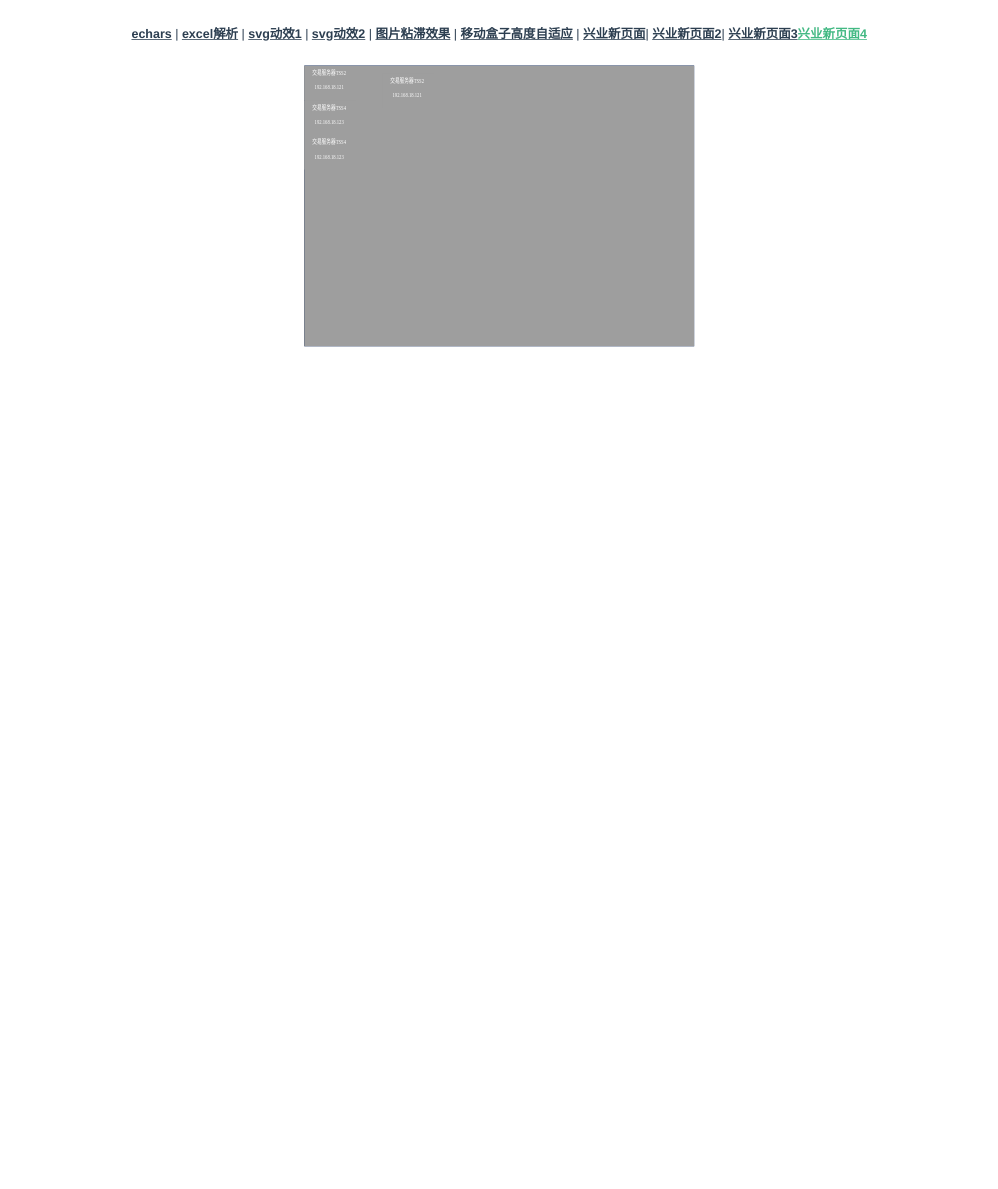
Repository: dmj199811/animation-dmj
Page: /#/work-page6
An editor plug-in stored every save of this project. The page is shown before and after the next save, followed by the edit.
The browser window is 1280 px wide. The pictures show the whole page, at 78% of full size.
Pictures or frames that could not be fetched are drawn as grey boxes. The project was rebuilt for these pictures with package versions that can differ from the ones it lists, and the page was loaded fresh each time.

Above is the page before, as saved 2020-07-02 15:12:50.

### src/App.vue
<template>
  <div id="app">
    <div id="nav"
         v-if="this.$store.state.pageShow">
      <router-link to="/">echars</router-link> |
      <router-link to="/xlsx-example">excel解析</router-link> |
      <router-link to="/svg-example1">svg动效1</router-link> |
      <router-link to="/svg-example2">svg动效2</router-link> |
      <router-link to="/work-message">图片粘滞效果</router-link> |
      <router-link to="/work-page2">移动盒子高度自适应</router-link> |
      <router-link to="/work-page3">兴业新页面</router-link>|
      <router-link to="/work-page4">兴业新页面2</router-link>|
      <router-link to="/work-page5">兴业新页面3</router-link>
      <router-link to="/work-page6">兴业新页面4</router-link>
    </div>
    <router-view />
  </div>
</template>

<style lang="less">
body {
  margin: 0;
}
#app {
  font-family: Avenir, Helvetica, Arial, sans-serif;
  -webkit-font-smoothing: antialiased;
  -moz-osx-font-smoothing: grayscale;
  text-align: center;
  color: #2c3e50;
}

#nav {
  padding: 30px;

  a {
    font-weight: bold;
    color: #2c3e50;

    &.router-link-exact-active {
      color: #42b983;
    }
  }
}
</style>

### src/router/index.js
import Vue from 'vue'
import VueRouter from 'vue-router'

Vue.use(VueRouter)

const routes = [
  {
    path: '/',
    redirect: '/circle-echarts',
  },
  {
    path: '/circle-echarts',
    name: 'ani2',
    component: () => import('../views/circle-echarts/index.vue')
  },
  {
    path: '/xlsx-example',
    name: 'xlsx1',
    component: () => import('../views/xlsx1/index.vue')
  },
  {
    path: '/svg-example1',
    name: 'svg1',
    component: () => import('../views/svg1/index.vue')
  },
  {
    path: '/svg-example2',
    name: 'svg2',
    component: () => import('../views/svg2/index.vue')
  },
  {
    path: '/work-message',
    name: 'message1',
    component: () => import('../views/work/message/index.vue')
  },
  {
    path: '/work-page2',
    name: 'show1',
    component: () => import('../views/work/show1/index.vue')
  },
  {
    path: '/work-page3',
    name: 'show2',
    component: () => import('../views/newPage/index.vue')
  },
  {
    path: '/work-page4',
    name: 'show2',
    component: () => import('../views/newPage2/index.vue')
  },
  {
    path: '/work-page5',
    name: 'show3',
    component: () => import('../views/newPage3/index.vue')
  },
  {
    path: '/work-page6',
    name: 'show4',
    component: () => import('../views/newPage4/index.vue')
  },
]

const router = new VueRouter({
  routes
})

export default router

### src/views/newPage4/index.vue
<template>
  <div class="box">
    <div class="use-box">
      <div class="use-box-bg">
        <div class="deal-server pos1">
          <div class="deal-server-item">
            <div>交易服务器TSS2</div>
            <div>192.168.18.121</div>
          </div>
        </div>
        <div class="deal-server pos2">
          <div class="deal-server-item">
            <div>交易服务器TSS2</div>
            <div>192.168.18.121</div>
          </div>
        </div>
        <div class="deal-server pos3">
          <div class="deal-server-item">
            <div>交易服务器TSS4</div>
            <div>192.168.18.123</div>
          </div>
        </div>
        <div class="deal-server pos4">
          <div class="deal-server-item">
            <div>交易服务器TSS4</div>
            <div>192.168.18.123</div>
          </div>
        </div>

      </div>
    </div>
  </div>
</template>
<script>
export default {
  data () {
    return {}
  },
  mounted () {
    this.fullScreen()
    let a = {
      'ATM系统': 'N',
      '网上银行域': 'E',
      'IC借记卡系统': 'N',
      'CFP系统': 'W',
      '电话银行域': 'E',
      '金卡系统': 'N',
      '零售信贷系统': 'W',
      '联机交易转发平台': 'N',
      '核心联机交易平台': 'E',
      'OFEP': 'W',
      '会计辅助管理系统': 'W',
      '业务策略管控平台': 'E',
      '历史检索系统': 'N',
      '企业数据集成平台': 'N',
      '银联数据综合前置系统': 'E',
      '理财卡外包制卡系统': 'W',
      '数据仓库系统': 'E',
      '统一报表系统': 'W',
      '企业CRM系统': 'N'
    }

    this.dataToArray(a)
    window.onresize = () => {
      this.fullScreen()
    }
  },
  methods: {
    fullScreen () {
      $('.box').css('transform', `scale(${document.documentElement.clientWidth / 3840},${document.documentElement.clientHeight / 1440})`)
    },
    dataToArray (data) {

    }
  }
}
</script>
<style lang="less">
.box {
  text-align: left;
  transform-origin: 0 0;
  width: 3840px;
  height: 1440px;
}
.use-box {
  font-size: 18px;
  width: 1500px;
  box-sizing: border-box;
  height: 720px;
  background: #0e2550;
  margin: 0 auto;
  color: white;
}
.use-box div {
  box-sizing: border-box;
}

.use-box-bg {
  width:  100%;
  height: 100%;
  background-image: url(./img/line.png);
  background-size: 100% 100%;
  position: relative;
}

.deal-server {
  width:  200px;
  height: 89px;
  background-image: url(./img/1blue.png);
  background-size: 100% 100%;
  overflow: hidden;

}

.deal-server-item {
  width:192px;
  height:60px;
  font-size:18px;
  font-family:Adobe Heiti Std;
  font-weight:normal;
  color:rgba(255,255,255,1);
  line-height:37px;
  text-align: center;
  margin-top: 0px;
  margin-left: 0px;
}
.pos1 {
  position: absolute;
  top: 20px;
  left: 300px;
}

</style>

Loaded but not shown: public/index.html (common file); src/main.js (common file); src/store/index.js (common file)

After the next save:
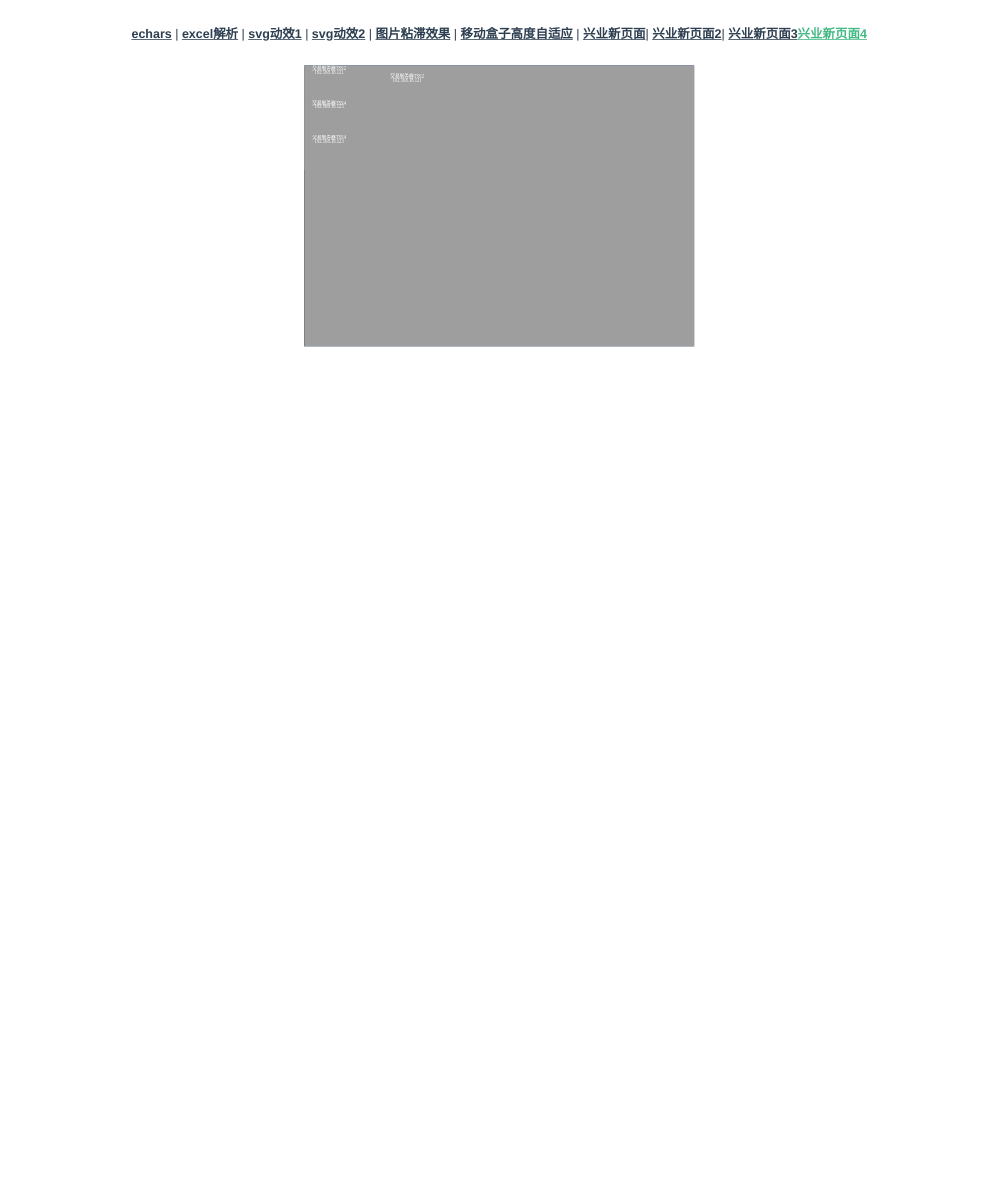
Saved 15 s later.
--- a/src/views/newPage4/index.vue
+++ b/src/views/newPage4/index.vue
@@ -119,7 +119,7 @@
   font-family:Adobe Heiti Std;
   font-weight:normal;
   color:rgba(255,255,255,1);
-  line-height:37px;
+  line-height:10px;
   text-align: center;
   margin-top: 0px;
   margin-left: 0px;
